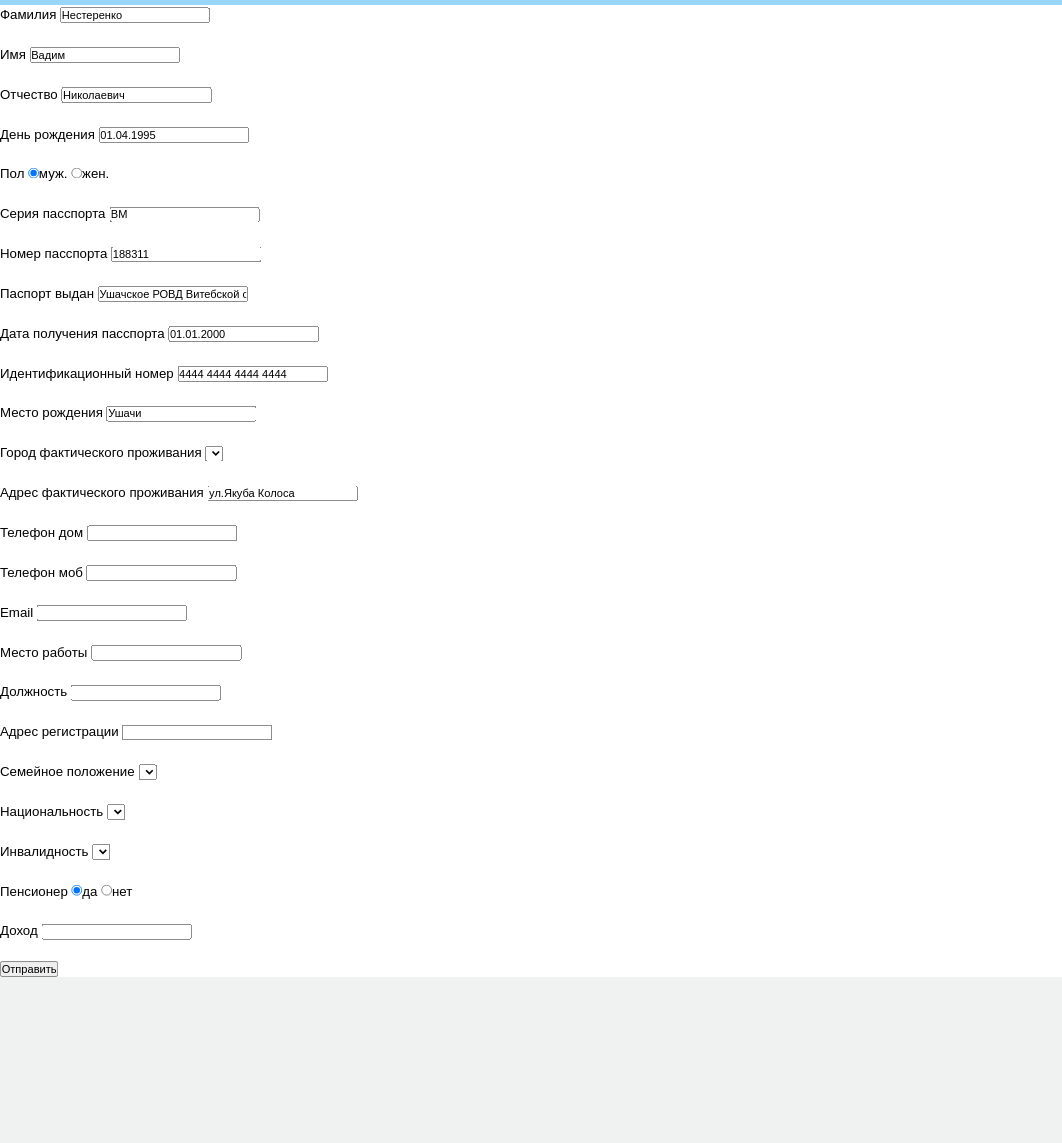
Repository: Westerte/JavaDevelopmentMay2015
Page: http://localhost/bank/jsp/common/add.jsp
An editor plug-in stored every save of this project. The page is shown before and after the next save, followed by the edit.
The browser window is 1280 px wide. The pictures show the whole page, at 83% of full size.
The page is served by Tomcat 9. Other server files are loaded and not shown. The template is opened directly, without the code that normally fills it, so the values that code supplies are empty.

Above is the page before, as saved 2015-10-01 17:18:34.

### workspace/bank/WebContent/jsp/common/add.jsp
<%@ page language="java" contentType="text/html; charset=UTF-8"
    pageEncoding="UTF-8"%>
    <%@ taglib prefix="c" uri="http://java.sun.com/jsp/jstl/core" %>
<%@ taglib prefix="ctg" uri="/WEB-INF/tld/custom.tld" %>
<%@ taglib prefix="fmt" uri="http://java.sun.com/jsp/jstl/fmt" %>
<fmt:setLocale value="${ locale }"/>
<fmt:setBundle basename="resources.messages" var="rb"/>
<fmt:setBundle basename="resources.config" var="configBundle"/>
<!DOCTYPE html PUBLIC "-//W3C//DTD HTML 4.01 Transitional//EN" "http://www.w3.org/TR/html4/loose.dtd">
<html>
<head>
<link type="text/css" rel="stylesheet" href="<c:url value="css/main.css"/>">
<meta http-equiv="Content-Type" content="text/html; charset=UTF-8">
<title>Добавить</title>
</head>
<body>
<div class="container">
		<c:import url="${configBundle.getResourceBundle().handleGetObject('path.sample.header')}"/>
		<form action="Controller" method="post">
			<!-- <input type="hidden" name="command" value="add">
			Фамилия
			<input type="text" name="secondName" value="${secondName}" >
			<br><br>
			Имя
			<input type="text" name="firstName" value="${firstName}">
			<br><br>
			Отчество
			<input type="text" name="patronimic" value="${patronimic}">
			<br><br>
			День рождения
			<input type="text" name="birthday" value="${birthday}">
			<br><br>
			Пол
			<input type="radio" name="male" checked="checked" value="male" id="male"><label for="male">муж.</label>
			<input type="radio" name="male" value="female" id="female"><label for="female">жен.</label>
			<br><br>
			Серия пасспорта
			<input type="text" name="passportSeria" value="${passportSeria}">
			<br><br>
			Номер пасспорта
			<input type="text" name="passportNumber" value="${passportNumber}">
			<br><br>
			Паспорт выдан
			<input type="text" name="passportPlace" value="${passportPlace}">
			<br><br>
			Дата получения пасспорта
			<input type="text" name="passportDate" value="${passportDate}" >
			<br><br>
			Идентификационный номер
			<input type="text" name="cid" value="${cid}" >
			<br><br>
			Место рождения
			<input type="text" name="birthPlace" value="${birthPlace}" >
			<br><br>
			Город фактического проживания
			<select name="currentCity">
			<c:forEach items = "${ cityList }" var="city">
				<option value="${ city.id }" label="${ city.name }"/>
			</c:forEach>
			</select>
			<br><br>
			Адрес фактического проживания
			<input type="text" name="currentAddress" value="${currentAddress}" >
			<br><br>
			Телефон дом
			<input type="text" name="phoneHome" value="${phoneHome}" >
			<br><br>
			Телефон моб
			<input type="text" name="phoneMobile" value="${phoneMobile}" >
			<br><br>
			Email
			<input type="text" name="email" value="${email}" >
			<br><br>
			Место работы
			<input type="text" name="workPlace" value="${workPlace}" >
			<br><br>
			Должность
			<input type="text" name="position" value="${position}">
			<br><br>
			Адрес регистрации
			<input type="text" name="registrationAddress" value="${registrationAddress}" >
			<br><br>
			Семейное положение
			<select name="martial">
			<c:forEach items = "${ martialList }" var="martial">
				<option value="${ martial.id }" label="${ martial.name }" />
			</c:forEach>
			</select>
			<br><br>
			Национальность
			<select name="nationality">
			<c:forEach items = "${ nationalityList }" var="nationality">
				<option value="${ nationality.id }" label="${ nationality.name }"/>
			</c:forEach>
			</select>
			<br><br>
			Инвалидность
			<select name="disability">
			<c:forEach items = "${ disabilityList }" var="disability">
				<option value="${ disability.id }" label="${ disability.name }"/>
			</c:forEach>
			</select>
			<br><br>
			Пенсионер
			<input type="radio" name="pensioner"  checked="checked"  value="true" id="yes"><label for="yes">да</label>
			<input type="radio" name="pensioner" value="false" id="no"><label for="no">нет</label>
			<br><br>
			Доход
			<input type="text" name="income" value="${income}" >
			<br><br>
			<input type="submit" value="Отправить">	 -->
			Фамилия
			<input type="text" name="secondName" value="Нестеренко" >
			<br><br>
			Имя
			<input type="text" name="firstName" value="Вадим">
			<br><br>
			Отчество
			<input type="text" name="patronimic" value="Николаевич">
			<br><br>
			День рождения
			<input type="text" name="birthday" value="01.04.1995">
			<br><br>
			Пол
			<input type="radio" name="male" checked="checked" value="male" id="male"><label for="male">муж.</label>
			<input type="radio" name="male" value="female" id="female"><label for="female">жен.</label>
			<br><br>
			Серия пасспорта
			<input type="text" name="passportSeria" value="BM">
			<br><br>
			Номер пасспорта
			<input type="text" name="passportNumber" value="188311">
			<br><br>
			Паспорт выдан
			<input type="text" name="passportPlace" value="Ушачское РОВД Витебской области">
			<br><br>
			Дата получения пасспорта
			<input type="text" name="passportDate" value="01.01.2000" >
			<br><br>
			Идентификационный номер
			<input type="text" name="cid" value="4444 4444 4444 4444" >
			<br><br>
			Место рождения
			<input type="text" name="birthPlace" value="Ушачи" >
			<br><br>
			Город фактического проживания
			<select name="currentCity">
			<c:forEach items = "${ cityList }" var="city">
				<option value="${ city.id }" label="${ city.name }"/>
			</c:forEach>
			</select>
			<br><br>
			Адрес фактического проживания
			<input type="text" name="currentAddress" value="ул.Якуба Колоса" >
			<br><br>
			Телефон дом
			<input type="text" name="phoneHome" value="${phoneHome}" >
			<br><br>
			Телефон моб
			<input type="text" name="phoneMobile" value="${phoneMobile}" >
			<br><br>
			Email
			<input type="text" name="email" value="${email}" >
			<br><br>
			Место работы
			<input type="text" name="workPlace" value="${workPlace}" >
			<br><br>
			Должность
			<input type="text" name="position" value="${position}">
			<br><br>
			Адрес регистрации
			<input type="text" name="registrationAddress" value="${registrationAddress}" >
			<br><br>
			Семейное положение
			<select name="martial">
			<c:forEach items = "${ martialList }" var="martial">
				<option value="${ martial.id }" label="${ martial.name }" />
			</c:forEach>
			</select>
			<br><br>
			Национальность
			<select name="nationality">
			<c:forEach items = "${ nationalityList }" var="nationality">
				<option value="${ nationality.id }" label="${ nationality.name }"/>
			</c:forEach>
			</select>
			<br><br>
			Инвалидность
			<select name="disability">
			<c:forEach items = "${ disabilityList }" var="disability">
				<option value="${ disability.id }" label="${ disability.name }"/>
			</c:forEach>
			</select>
			<br><br>
			Пенсионер
			<input type="radio" name="pensioner"  checked="checked"  value="true" id="yes"><label for="yes">да</label>
			<input type="radio" name="pensioner" value="false" id="no"><label for="no">нет</label>
			<br><br>
			Доход
			<input type="text" name="income" value="${income}" >
			<br><br>
			<input type="submit" value="Отправить">
		</form>
		<div id="page-buffer"></div>
	</div>
	<c:import url="${configBundle.getResourceBundle().handleGetObject('path.sample.footer')}"/>
</body>
</html>

### workspace/bank/WebContent/jsp/samples/header.jsp
<%@ page language="java" contentType="text/html; charset=UTF-8"
    pageEncoding="UTF-8"%>
<%@ taglib prefix="c" uri="http://java.sun.com/jsp/jstl/core" %>
<%@ taglib prefix="fmt" uri="http://java.sun.com/jsp/jstl/fmt" %>
<%@ taglib prefix="ctg" uri="/WEB-INF/tld/custom.tld" %>
<fmt:setLocale value="${ locale }"/>
<fmt:setBundle basename="resources.messages" var="rb"/>
<!DOCTYPE html PUBLIC "-//W3C//DTD HTML 4.01 Transitional//EN" "http://www.w3.org/TR/html4/loose.dtd">
<html>
<body>
	<header class="clear">
		<div class="container clear">
			<div class="rows clear">
				<div id="logo" class="cols col-3 clear">

				</div>
				<nav class="cols col-6 clear">
				</nav>
				<div class="cols col-3 clear">

				</div>
			</div>
		</div>
	</header>
</body>
</html>

### workspace/bank/WebContent/jsp/samples/footer.jsp
<%@ page language="java" contentType="text/html; charset=UTF-8"
    pageEncoding="UTF-8"%>
<!DOCTYPE html PUBLIC "-//W3C//DTD HTML 4.01 Transitional//EN" "http://www.w3.org/TR/html4/loose.dtd">
<html>
<body>
	<footer>

	</footer>
</body>
</html>

### workspace/bank/WebContent/css/main.css
*{  margin: 0;
	padding: 0;
	-webkit-box-sizing: border-box;
	-moz-box-sizing: border-box;
	box-sizing: border-box;
}

body {
	font: 100%/1.5em Arial, Helvetica ,sans-serif;
	color: #000;
}

html, body {
    height: 100%;
    margin: 0;
    padding: 0;
}

#content {
	heigth: auto;
}

.clear:before,
.clear:after {
	content:  " ";
	display: table;
}
.clear:after {
	clear: both;
}

.container {
    min-height: 100%;
    margin-bottom: -200px;
}
* html .container {
    height: 100%;
}
#page-buffer {
    height: 200px;
}

a {
	text-decoration: none;
	color: #999;
}

a:hover {
	color: black;
}


/*header*/
.rows {
	width: auto;
	background: #99D5FD;
	line-height: 50px;
}

header a {
	color: #fff;
}

.pushed {
	color: black;
}

#logo img {
	max-width: 100%;
	height: auto;
}

#logo {
	margin-top: 6px;
}

#user_name_or_login, #locale_switch{
	display:inline-block;
}

#locale_switch {
	margin-left: 10px;
}

.show_menu {
	font-family: "Helvetica Neue", Helvetica, Arial, sans-serif;
	box-sizing: border-box;
	moz-box-sizing: border-box;
	webkit-box-sizing: border-box;
	padding: 15px 0;
	text-decoration: none;
	color: #fff;
	text-align: center;
	display: none;
}

input[type=checkbox]{
    display: none;
}

input[type=checkbox]:checked ~ #header_menu{
    display: block;
}

#header_menu {
	display: none;
}


.show_menu {
		display: block;
}

#header_menu li {
	margin: 0 0 0 0;
	display: block;
	width: 100%;
	height: auto;
}

/*header*/

/*footer*/

footer {
	width: auto;
    height: 200px;
    background: #f0f1f1;
}


/*footer*/

/*grid*/

.container .cols {
	float: left;
	text-align: center;
}

.container .cols.col-1 ,
.container .cols.col-2 ,
.container .cols.col-3 ,
.container .cols.col-4 ,
.container .cols.col-5 ,
.container .cols.col-6 ,
.container .cols.col-7 ,
.container .cols.col-8 ,
.container .cols.col-9 ,
.container .cols.col-10 ,
.container .cols.col-11 ,
.container .cols.col-12 {width: 100%;}


@media screen and (min-width: 490px) {
	#login_form {
		width: 490px;
		margin: 10% auto;
	}
}

@media screen and (min-width: 630px) {

	#header_menu {
		margin: auto;
		list-style: none;
		width: 70%;
		display: block;
	}

	#header_menu li{
		float: left;
		width: 25%;
	}

	.show_menu {
		display: none;
	}
}

@media screen and (min-width: 1020px) {


	h1 {
		color: #000;
	}
	.container .cols.col-1 {width: 8.333333333%;}
	.container .cols.col-2 {width: 16.66666667%;}
	.container .cols.col-3 {width: 25%;}
	.container .cols.col-4 {width: 33.333333333%;}
	.container .cols.col-5 {width: 41.66666667%;}
	.container .cols.col-6 {width: 50%;}
	.container .cols.col-7 {width: 58.333333333%;}
	.container .cols.col-8 {width: 66.66666667%;}
	.container .cols.col-9 {width: 75%;}
	.container .cols.col-10 {width: 83.333333333%;}
	.container .cols.col-11 {width: 91.66666667%;}
	.container .cols.col-12 {width: 100%;}
}

/*grid*/

/*login form*/

#login_form {
	float: none;
	border: 5px solid #f0f1f1;
	background: #f8f8f8;
	font-family: trebuchet MS;
	font-size: 14px;
}

.input {
	display: block;
	float: none;
	margin: 10px auto;
}

#submit_button {
	height: 32px;
	margin-bottom: 5px;
	background: #999;
	border: 0;
	font-size: 14px;
	color: #fff;
}

#submit_button:hover {
	background: #99D5FD;
}

.fields {
	text-align: left !important;
	padding-left: 30px;
	height: 30px;
	border: 1px solid #CCC;
}

#login_field {
	background: url("../img/login.png") no-repeat 5px #fff;
}

#email_field {
	background: url("../img/email.png") no-repeat 5px #fff;
}

#password_field {
	background: url("../img/lock.png") no-repeat 5px #fff;
}

.status {
	  margin: 0 0 20px 0;
	  height: 45px;
	  line-height: 45px;
	  background: #99D5FD;
	  color: #fff;
	  font-size: 16px;
}

.red {
	background: red;
}

.hiden {
	display: none;
}

.linkable {
	cursor: pointer;
}
/*login form*/

After the next save:
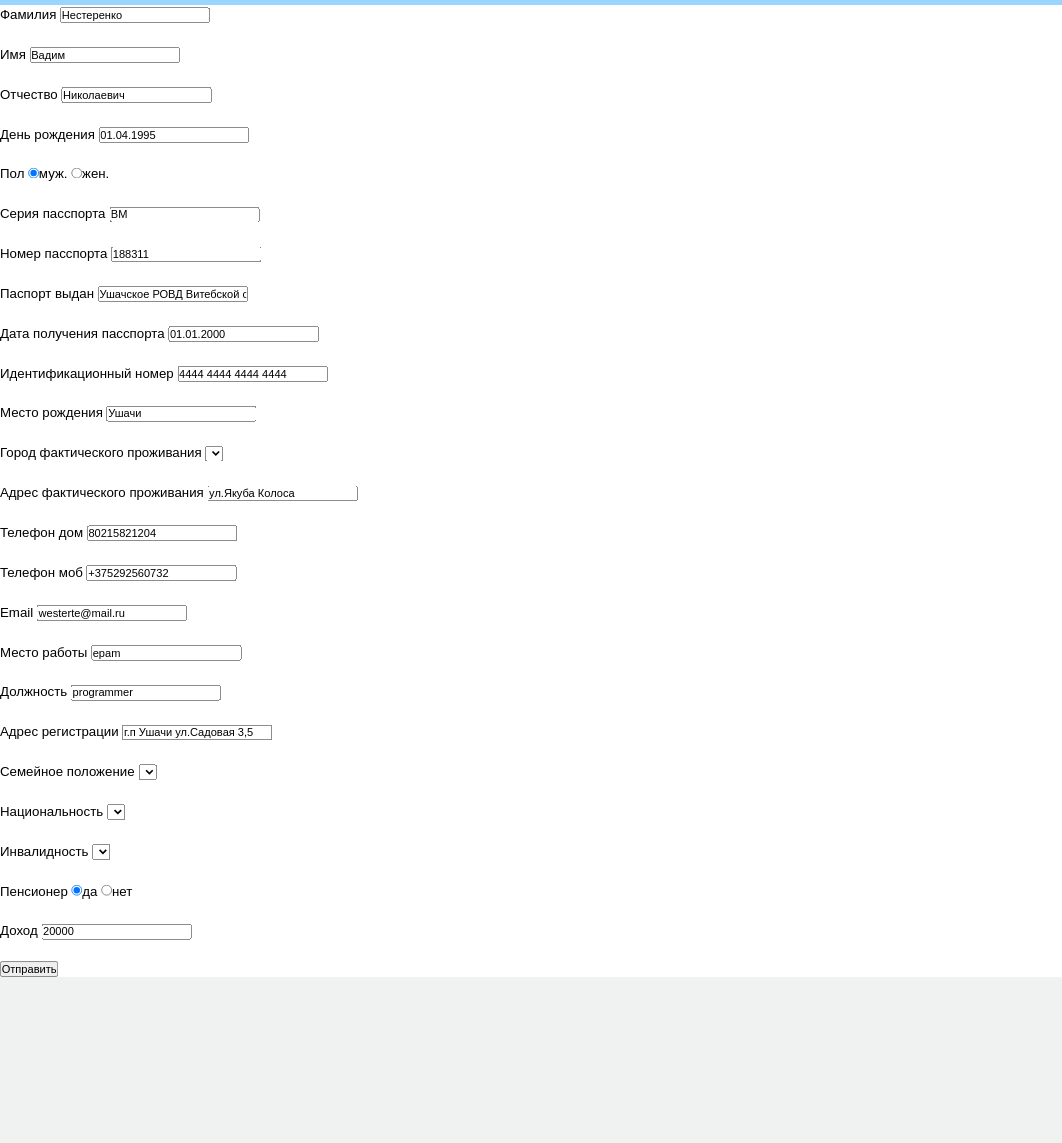
Saved 76 s later.
--- a/workspace/bank/WebContent/jsp/common/add.jsp
+++ b/workspace/bank/WebContent/jsp/common/add.jsp
@@ -154,22 +154,22 @@
 			<input type="text" name="currentAddress" value="ул.Якуба Колоса" >
 			<br><br>
 			Телефон дом
-			<input type="text" name="phoneHome" value="${phoneHome}" >
+			<input type="text" name="phoneHome" value="80215821204" >
 			<br><br>
 			Телефон моб
-			<input type="text" name="phoneMobile" value="${phoneMobile}" >
+			<input type="text" name="phoneMobile" value="+375292560732" >
 			<br><br>
 			Email
-			<input type="text" name="email" value="${email}" >
+			<input type="text" name="email" value="westerte@mail.ru" >
 			<br><br>
 			Место работы
-			<input type="text" name="workPlace" value="${workPlace}" >
+			<input type="text" name="workPlace" value="epam" >
 			<br><br>
 			Должность
-			<input type="text" name="position" value="${position}">
+			<input type="text" name="position" value="programmer">
 			<br><br>
 			Адрес регистрации
-			<input type="text" name="registrationAddress" value="${registrationAddress}" >
+			<input type="text" name="registrationAddress" value="г.п Ушачи ул.Садовая 3,5" >
 			<br><br>
 			Семейное положение
 			<select name="martial">
@@ -197,7 +197,7 @@
 			<input type="radio" name="pensioner" value="false" id="no"><label for="no">нет</label>
 			<br><br>
 			Доход
-			<input type="text" name="income" value="${income}" >
+			<input type="text" name="income" value="20000" >
 			<br><br>
 			<input type="submit" value="Отправить">
 		</form>
